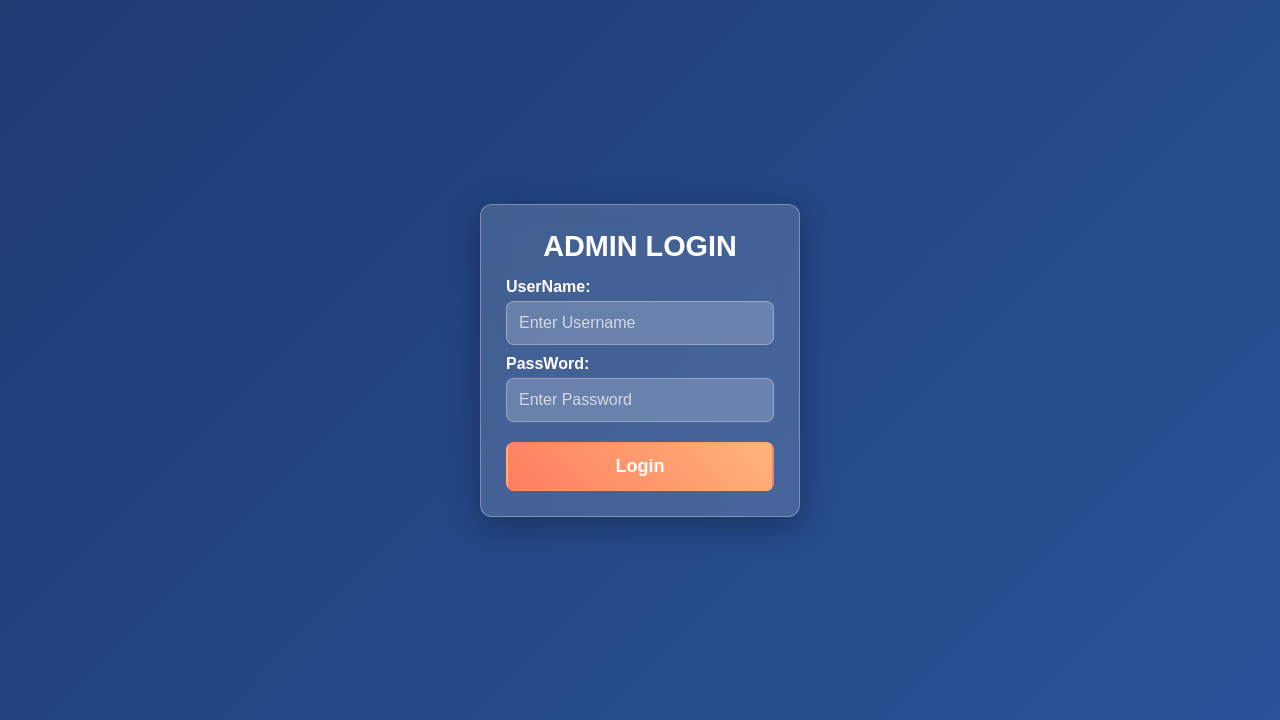
Repository: Purnima-Kushwah11/Online-Product-Management-System
Page: Application1CompleteDatabase/src/main/webapp/AdminLogin.html
An editor plug-in stored every save of this project. The page is shown before and after the next save, followed by the edit.
The browser window is 1280 px wide. The pictures show the whole page.

Above is the page before, as saved 2025-02-20 15:36:56.

### Application1CompleteDatabase/src/main/webapp/AdminLogin.html
<!DOCTYPE html>
<html>
<head>
    <meta charset="UTF-8">
    <title>Admin Login</title>
    <style>
        /* Reset */
        * {
            margin: 0;
            padding: 0;
            box-sizing: border-box;
            font-family: Arial, sans-serif;
        }

        /* Gradient Background */
        body {
            height: 100vh;
            display: flex;
            justify-content: center;
            align-items: center;
            background: linear-gradient(135deg, #1e3c72, #2a5298);
        }

        /* Glassmorphism Login Form */
        form {
            background: rgba(255, 255, 255, 0.15);
            padding: 25px;
            border-radius: 12px;
            text-align: center;
            box-shadow: 0 8px 32px rgba(0, 0, 0, 0.3);
            backdrop-filter: blur(10px);
            border: 1px solid rgba(255, 255, 255, 0.3);
            width: 320px;
            animation: fadeIn 1s ease-in-out;
        }

        /* Heading */
        h2 {
            margin-bottom: 15px;
            color: #ffffff;
            font-size: 1.8rem;
            text-transform: uppercase;
        }

        /* Label */
        label {
            display: block;
            text-align: left;
            margin-top: 10px;
            font-weight: bold;
            color: white;
        }

        /* Input Fields */
        input[type="text"], input[type="password"] {
            width: 100%;
            padding: 12px;
            margin-top: 5px;
            border: 1px solid rgba(255, 255, 255, 0.3);
            border-radius: 8px;
            outline: none;
            background: rgba(255, 255, 255, 0.2);
            color: white;
            font-size: 16px;
        }

        input::placeholder {
            color: rgba(255, 255, 255, 0.7);
        }

        /* Stylish Button */
        input[type="submit"] {
            background: linear-gradient(45deg, #ff7e5f, #feb47b);
            color: white;
            border: none;
            padding: 12px;
            width: 100%;
            cursor: pointer;
            border-radius: 8px;
            margin-top: 20px;
            font-size: 18px;
            font-weight: bold;
            transition: transform 0.3s, box-shadow 0.3s;
            border: 2px solid transparent;
        }

        input[type="submit"]:hover {
            transform: translateY(-3px);
            box-shadow: 0 4px 15px rgba(255, 126, 95, 0.3);
            border: 2px solid #fff;
        }

        /* Fade-in Animation */
        @keyframes fadeIn {
            from { opacity: 0; transform: translateY(-20px); }
            to { opacity: 1; transform: translateY(0); }
        }

        /* Responsive Design */
        @media (max-width: 400px) {
            form {
                width: 90%;
                padding: 20px;
            }

            h2 {
                font-size: 1.5rem;
            }

            input[type="submit"] {
                font-size: 16px;
            }
        }
    </style>
</head>
<body>

    <form action="admin" method="post">
        <h2>Admin Login</h2>
        <label>UserName:</label>
        <input type="text" name="uname" placeholder="Enter Username">

        <label>PassWord:</label>
        <input type="password" name="pword" placeholder="Enter Password">

        <input type="submit" value="Login">
    </form>

</body>
</html>

After the next save:
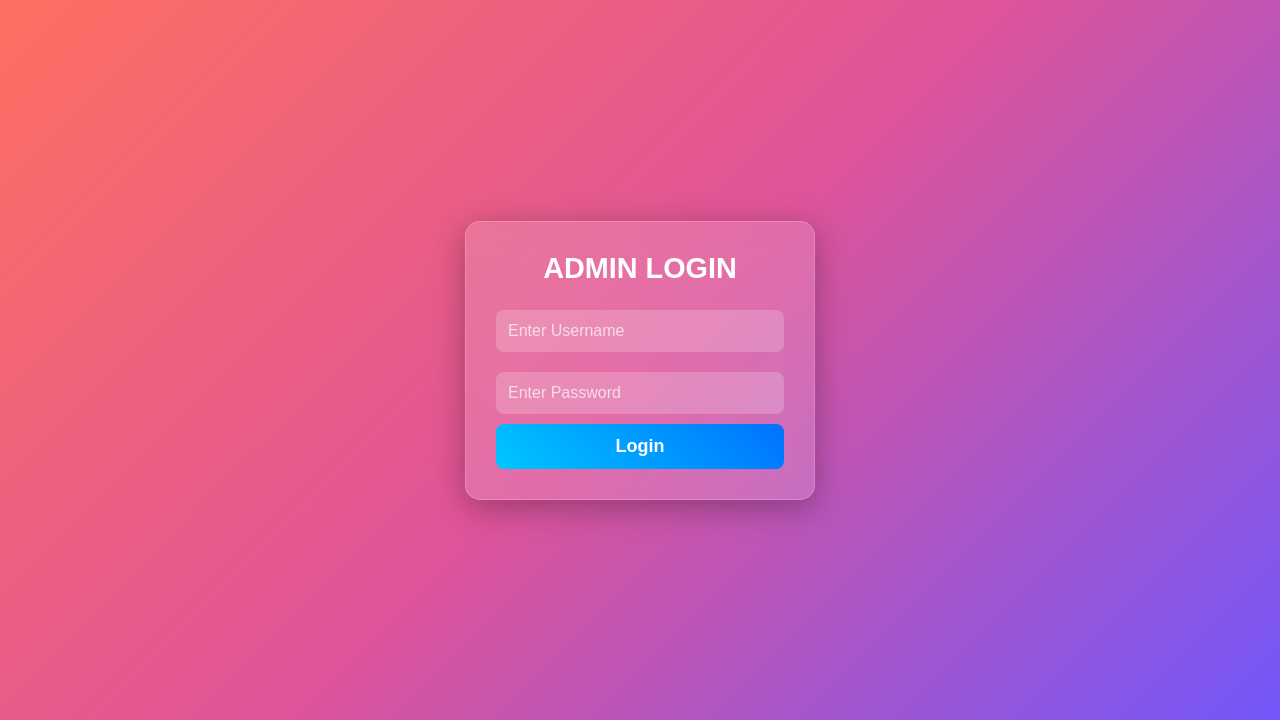
Saved 94 s later.
--- a/Application1CompleteDatabase/src/main/webapp/AdminLogin.html
+++ b/Application1CompleteDatabase/src/main/webapp/AdminLogin.html
@@ -1,15 +1,16 @@
 <!DOCTYPE html>
-<html>
+<html lang="en">
 <head>
     <meta charset="UTF-8">
+    <meta name="viewport" content="width=device-width, initial-scale=1.0">
     <title>Admin Login</title>
     <style>
-        /* Reset */
+        /* Reset Styles */
         * {
             margin: 0;
             padding: 0;
             box-sizing: border-box;
-            font-family: Arial, sans-serif;
+            font-family: 'Poppins', sans-serif;
         }
 
         /* Gradient Background */
@@ -18,76 +19,72 @@
             display: flex;
             justify-content: center;
             align-items: center;
-            background: linear-gradient(135deg, #1e3c72, #2a5298);
+            background: linear-gradient(135deg, #FF6F61, #DE5499, #7257FA);
         }
 
-        /* Glassmorphism Login Form */
-        form {
+        /* Glassmorphic Form Container */
+        .login-container {
             background: rgba(255, 255, 255, 0.15);
-            padding: 25px;
-            border-radius: 12px;
+            padding: 30px;
+            border-radius: 15px;
             text-align: center;
+            width: 350px;
             box-shadow: 0 8px 32px rgba(0, 0, 0, 0.3);
             backdrop-filter: blur(10px);
-            border: 1px solid rgba(255, 255, 255, 0.3);
-            width: 320px;
+            border: 1px solid rgba(255, 255, 255, 0.2);
             animation: fadeIn 1s ease-in-out;
         }
 
         /* Heading */
         h2 {
             margin-bottom: 15px;
-            color: #ffffff;
+            color: white;
             font-size: 1.8rem;
             text-transform: uppercase;
         }
 
-        /* Label */
-        label {
-            display: block;
-            text-align: left;
-            margin-top: 10px;
-            font-weight: bold;
-            color: white;
-        }
-
-        /* Input Fields */
-        input[type="text"], input[type="password"] {
+        /* Input Field Styling */
+        .input-box {
             width: 100%;
             padding: 12px;
-            margin-top: 5px;
-            border: 1px solid rgba(255, 255, 255, 0.3);
+            margin: 10px 0;
+            border: none;
             border-radius: 8px;
-            outline: none;
             background: rgba(255, 255, 255, 0.2);
             color: white;
             font-size: 16px;
+            outline: none;
+            transition: 0.3s;
         }
 
-        input::placeholder {
+        .input-box::placeholder {
             color: rgba(255, 255, 255, 0.7);
         }
 
-        /* Stylish Button */
-        input[type="submit"] {
-            background: linear-gradient(45deg, #ff7e5f, #feb47b);
+        /* Input Field Focus Effect */
+        .input-box:focus {
+            background: rgba(255, 255, 255, 0.3);
+            border-left: 3px solid white;
+            padding-left: 15px;
+        }
+
+        /* Login Button */
+        .login-btn {
+            width: 100%;
+            padding: 12px;
+            background: linear-gradient(45deg, #00c6ff, #0072ff);
             color: white;
             border: none;
-            padding: 12px;
-            width: 100%;
-            cursor: pointer;
-            border-radius: 8px;
-            margin-top: 20px;
             font-size: 18px;
             font-weight: bold;
-            transition: transform 0.3s, box-shadow 0.3s;
-            border: 2px solid transparent;
+            border-radius: 8px;
+            cursor: pointer;
+            transition: 0.3s;
         }
 
-        input[type="submit"]:hover {
-            transform: translateY(-3px);
-            box-shadow: 0 4px 15px rgba(255, 126, 95, 0.3);
-            border: 2px solid #fff;
+        .login-btn:hover {
+            transform: translateY(-2px);
+            box-shadow: 0 4px 15px rgba(0, 198, 255, 0.3);
         }
 
         /* Fade-in Animation */
@@ -98,7 +95,7 @@
 
         /* Responsive Design */
         @media (max-width: 400px) {
-            form {
+            .login-container {
                 width: 90%;
                 padding: 20px;
             }
@@ -107,7 +104,7 @@
                 font-size: 1.5rem;
             }
 
-            input[type="submit"] {
+            .login-btn {
                 font-size: 16px;
             }
         }
@@ -115,16 +112,14 @@
 </head>
 <body>
 
-    <form action="admin" method="post">
+    <div class="login-container">
         <h2>Admin Login</h2>
-        <label>UserName:</label>
-        <input type="text" name="uname" placeholder="Enter Username">
-
-        <label>PassWord:</label>
-        <input type="password" name="pword" placeholder="Enter Password">
-
-        <input type="submit" value="Login">
-    </form>
+        <form action="admin" method="post">
+            <input type="text" class="input-box" name="uname" placeholder="Enter Username" required>
+            <input type="password" class="input-box" name="pword" placeholder="Enter Password" required>
+            <button type="submit" class="login-btn">Login</button>
+        </form>
+    </div>
 
 </body>
 </html>
